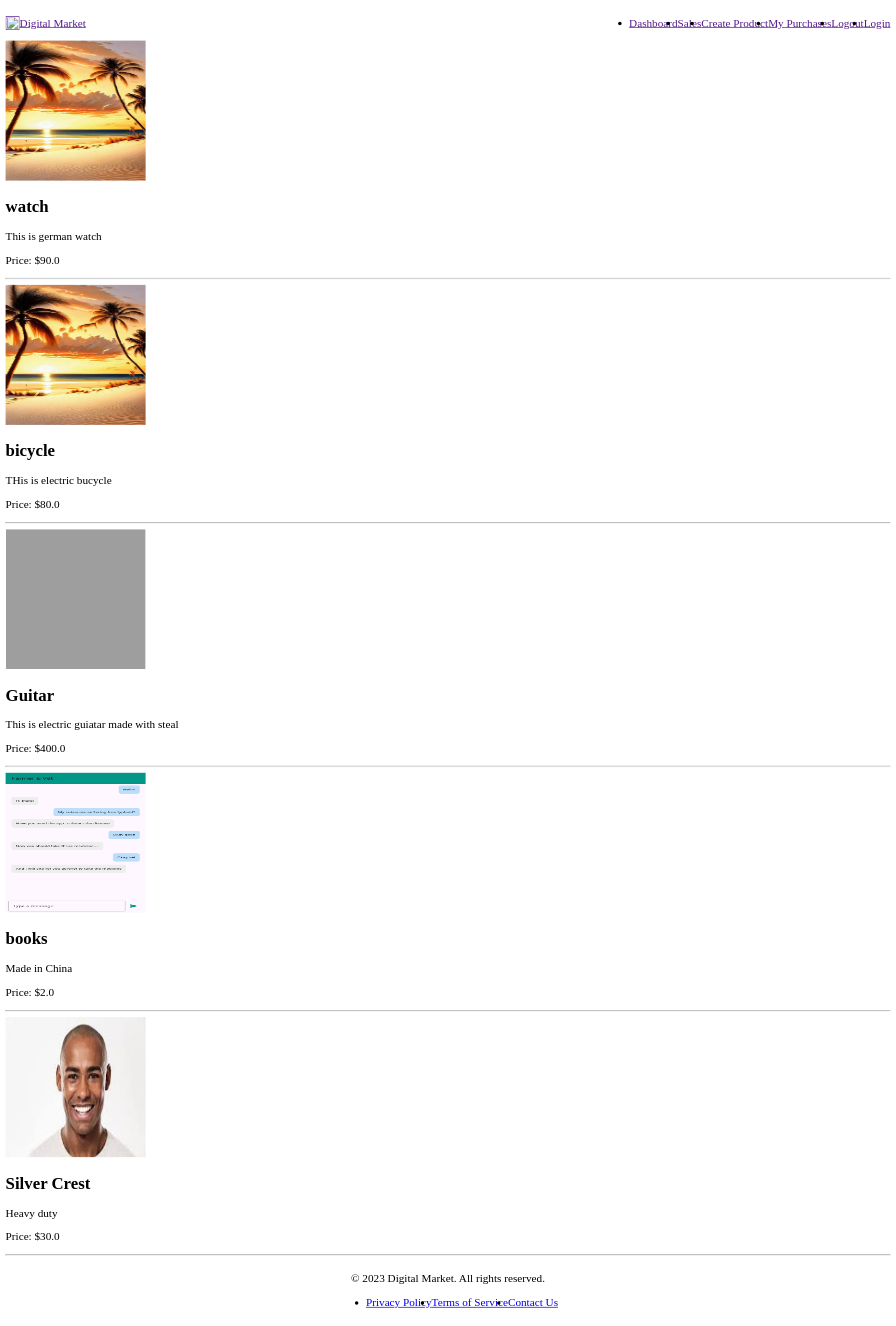
Repository: Zedestar/DigitalMarket_django
Page: http://localhost/
An editor plug-in stored every save of this project. The page is shown before and after the next save, followed by the edit.
The browser window is 1280 px wide. The pictures show the whole page, at 70% of full size.
Pictures or frames that could not be fetched are drawn as grey boxes. The page is served by the project's application, run on Django 5.2 (manage.py). Style sheets and scripts are compiled from the project's sources, by tool versions that may differ from the author's. The page reads the database file committed with the project.

Above is the page before, as saved 2025-03-19 18:14:53.

After the next save:
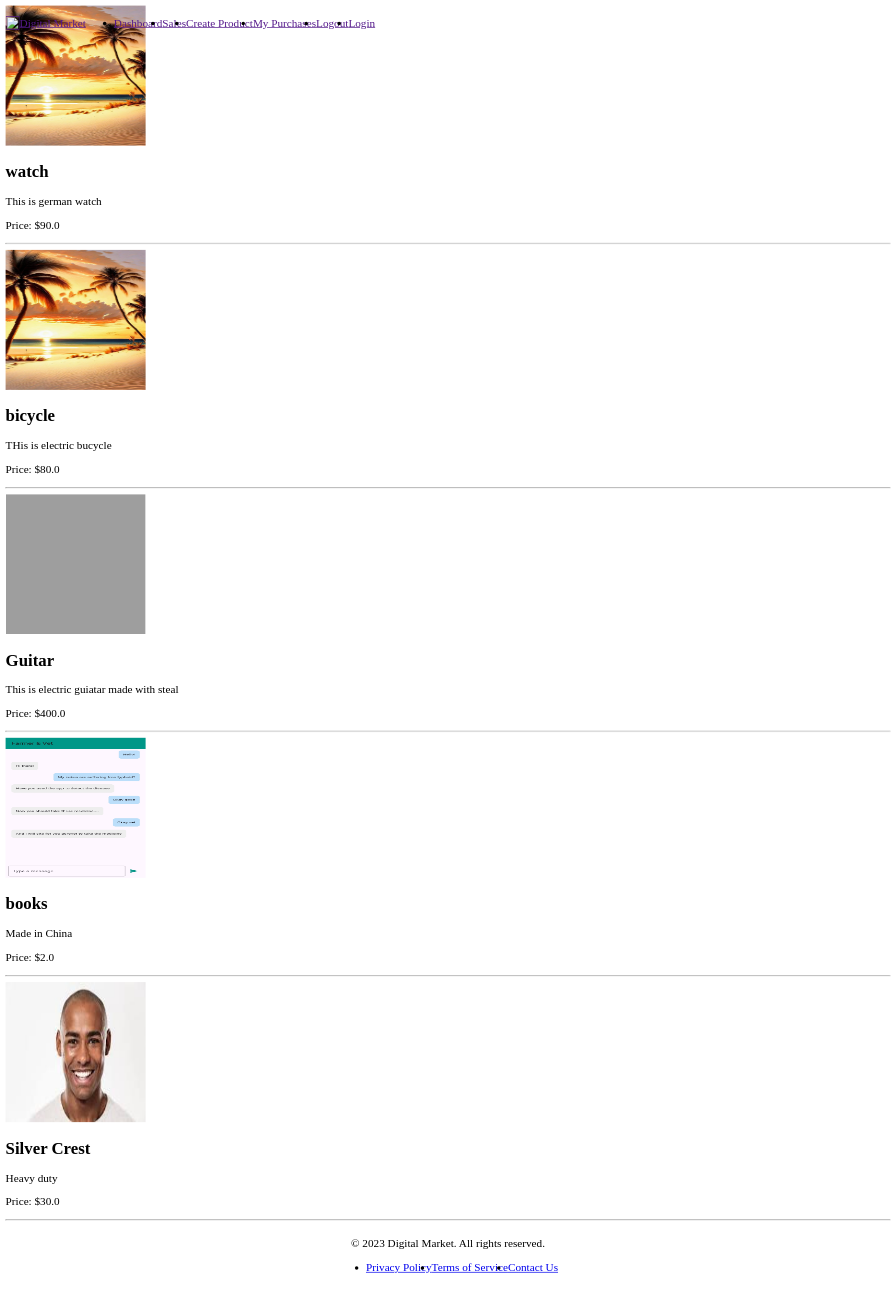
Saved 71 s later.
--- a/templates/partials/navbar.html
+++ b/templates/partials/navbar.html
@@ -1,4 +1,4 @@
-<nav>
+<nav class="fixed">
     <div class="flex justify-between shadow-lg py-2 text-sm font-medium">
         <a href="" class="flex items-center justify-center ml-6">
             <img src="" alt="" height="20px" width="20px">
